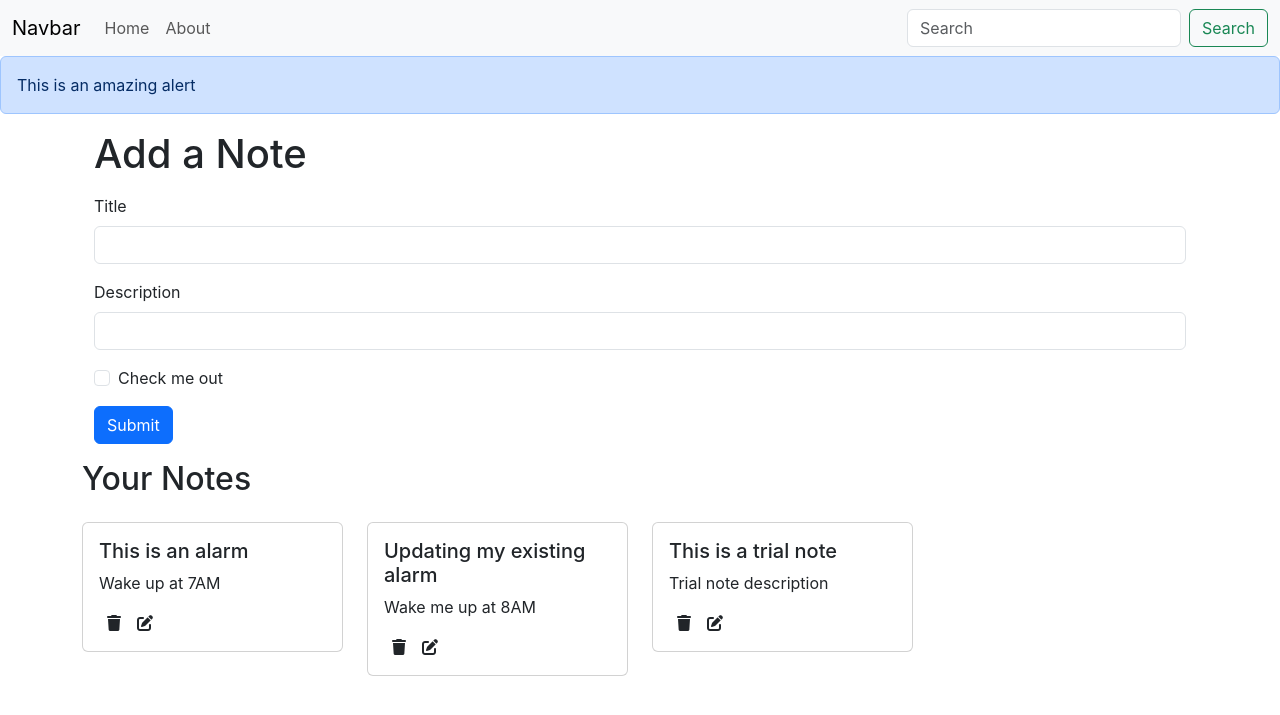
Repository: bhaveshdaipuria/inotebook
Page: /home
The author's editor kept a copy of each file at every save. The page is drawn from the files as they stood at one save, then again after a run of saves.
The browser window is 1280 px wide. The pictures show the whole page.
Some web libraries are served in a nearby version. The project was rebuilt for these pictures with package versions that can differ from the ones it lists, and the page was loaded fresh each time. Also part of the build but not shown: src/App.css, src/components/About.js.

Above is the page before, as saved 2023-05-03 17:11:48.

After the next 3 saves:
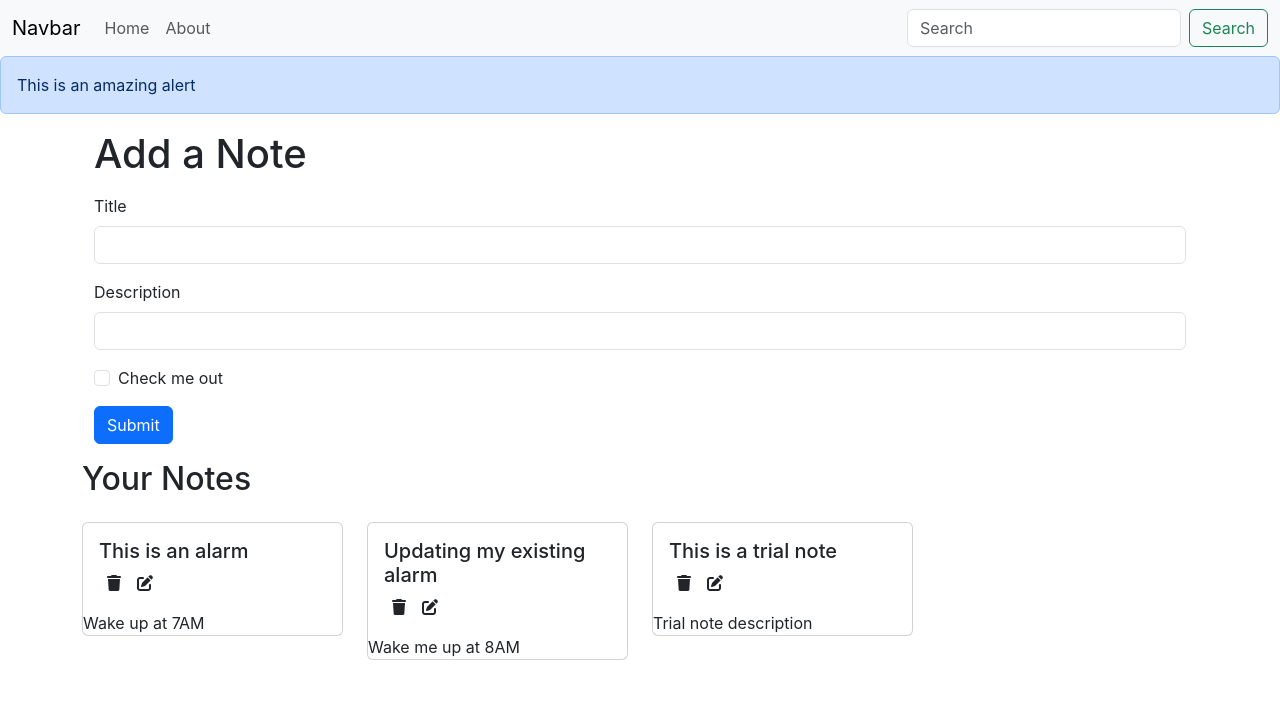
The 3 saves are shown as one change because 2 did not build or start.
The last was saved 6 min 49 s later.
--- a/src/components/Notes.js
+++ b/src/components/Notes.js
@@ -12,7 +12,7 @@ function Notes() {
     <div className="row my-3">
       <h2>Your Notes</h2>
       {notes.map((note) => {
-        return <NoteItem title={note.title} description={note.description}/>;
+        return <NoteItem note = {note}/>;
       })}
     </div>
     </>
--- a/src/components/NoteItem.js
+++ b/src/components/NoteItem.js
@@ -1,18 +1,19 @@
 import React, { useContext } from 'react';
 import noteContext from '../context/notes/noteContext';
 
-function NoteItem({title, description,  _id}) {
+function NoteItem(props) {
     const context = useContext(noteContext);
     const {deleteNote} = context;
+    const {note} = props
   return (
     <div className='col-sm-3'>
     <div className='card my-3'>
         <div className='card-body'>
-            <h5 className='card-title'>{title}</h5>
-            <p className='card-text'>{description}</p>
-            <i className="fa-sharp fa-solid fa-trash mx-2" onClick={()=>{deleteNote(_id)}}></i>
+            <h5 className='card-title'>{note.title}</h5>
+            <i className="fa-sharp fa-solid fa-trash mx-2" onClick={()=>{deleteNote(note._id)}}></i>
             <i className="fa-solid fa-pen-to-square mx-2"></i>
         </div>
+        <p className='card-text'>{note.description}</p>
     </div>
     </div>
   )
